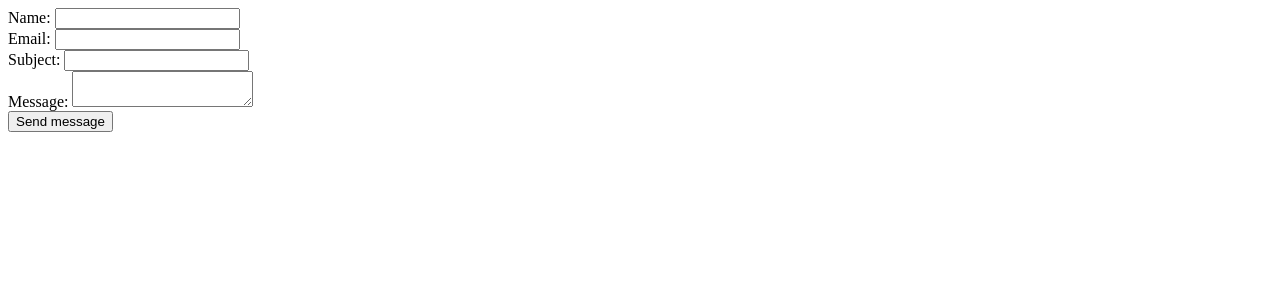
Repository: JuliusMonday/EmailSender
Page: frontend/index.html
An editor plug-in stored every save of this project. The page is shown before and after a run of saves, followed by the edit.
The browser window is 1280 px wide. The pictures show the whole page.

Above is the page before, as saved 2024-06-22 08:39:33.
Not found: frontend/script.js

After the next 2 saves:
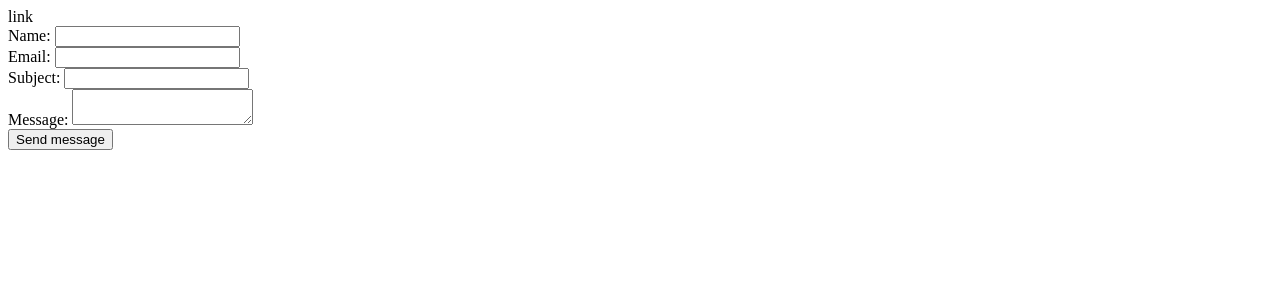
The 2 saves are shown as one change because they came seconds apart.
The last was saved 6 s later.
--- a/frontend/index.html
+++ b/frontend/index.html
@@ -3,6 +3,7 @@
 <head>
   <meta charset="UTF-8">
   <meta name="viewport" content="width=device-width, initial-scale=1.0">
+  link
   <title>Contact Form</title>
 </head>
 <body>
